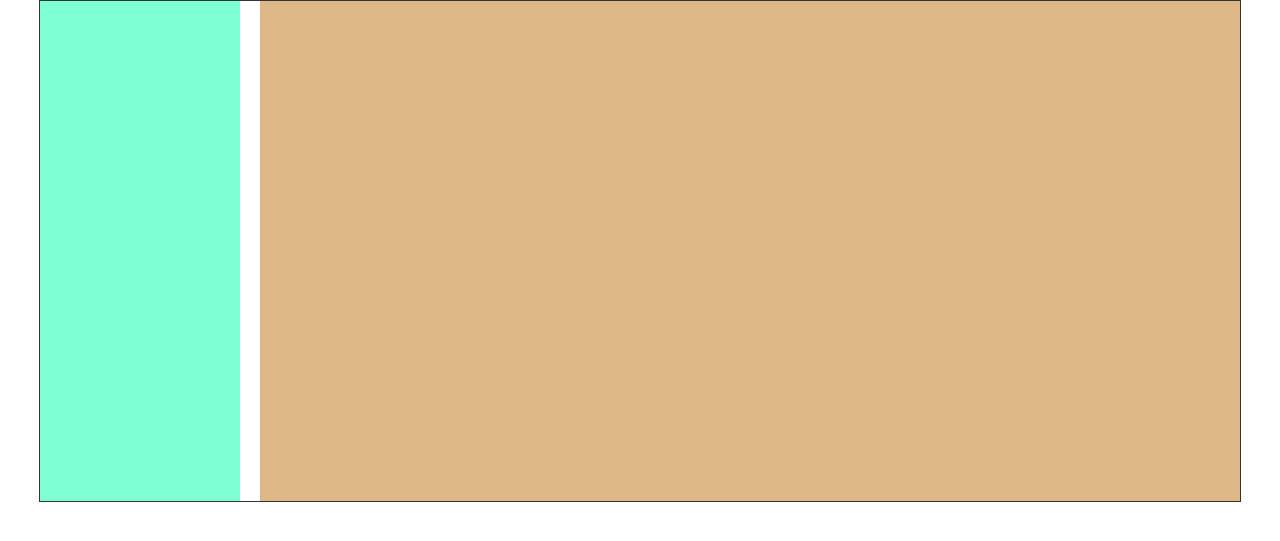
Repository: huangshaomo/study-notes
Page: webpack5/test.html
These files come from the project's save history. The page is drawn as it stood at one moment and after the next save; the edit follows.
The browser window is 1280 px wide. The pictures show the whole page.

Above is the page before, as saved 2021-01-06 15:56:44.

### webpack5/test.html
<!DOCTYPE html>
<html lang="en">
<head>
    <meta charset="UTF-8">
    <meta name="viewport" content="width=device-width, initial-scale=1.0">
    <title>Document</title>
    <style>
        *{margin: 0px; padding: 0px; line-height: 1;}
        .box{max-width: 1200px; border: 1px solid #333; height: 500px; margin: 0 auto;}
        .left{float: left; margin-right: 20px;}
        .right{float: right; margin-left: 20px;}
        .slide{width: 200px; background-color: aquamarine; height: 500px;}
        .content{overflow: hidden; height: 500px; background-color: burlywood;}
    </style>
</head>
<body>
    <div class="box">
        <div class="slide left"></div>
        <!-- <div class="slide right"></div> -->
        <div class="content"></div>
    </div>
</body>
</html>

After the next save:
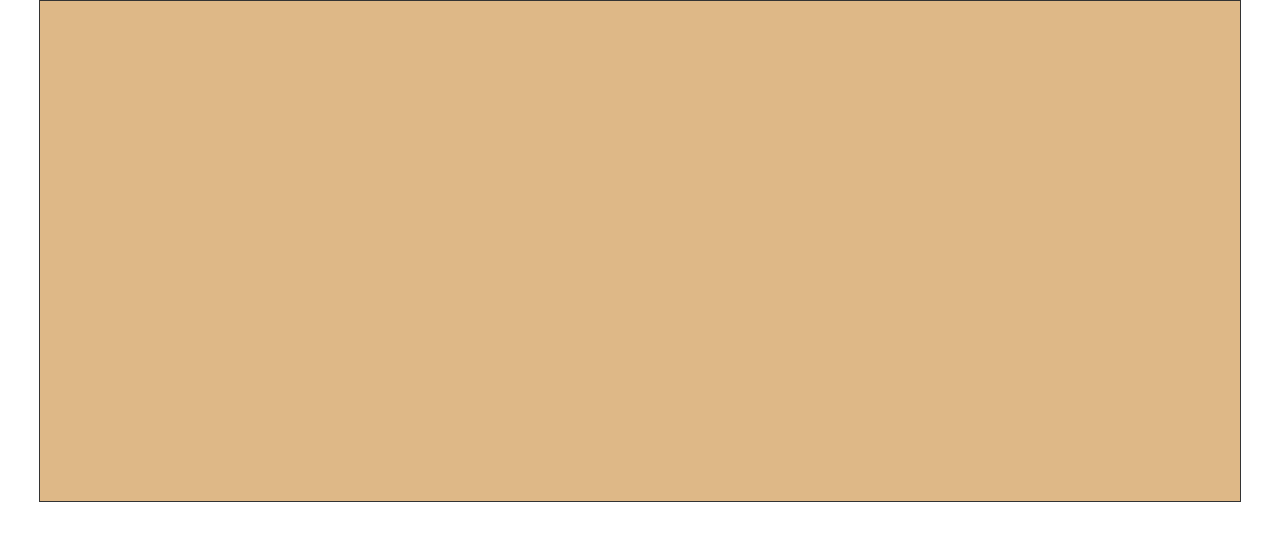
Saved 58 s later.
--- a/webpack5/test.html
+++ b/webpack5/test.html
@@ -15,7 +15,7 @@
 </head>
 <body>
     <div class="box">
-        <div class="slide left"></div>
+        <!-- <div class="slide left"></div> -->
         <!-- <div class="slide right"></div> -->
         <div class="content"></div>
     </div>
